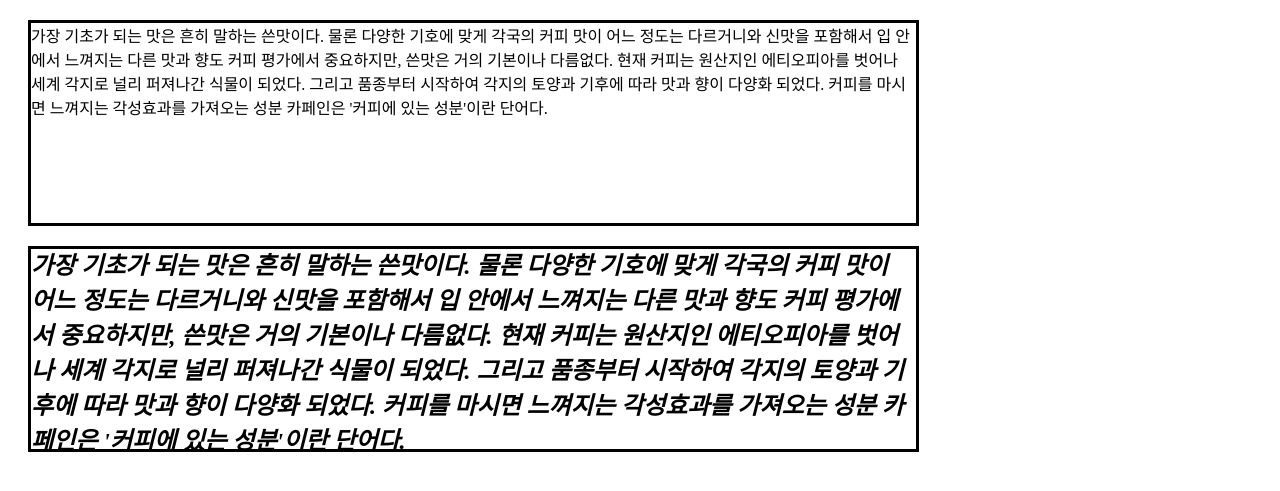
Repository: solsol7/ddit-html
Page: webpro/WebContent/0629/웹폰트.html
An editor plug-in stored every save of this project. The page is shown before and after the next save, followed by the edit.
The browser window is 1280 px wide. The pictures show the whole page.
Some web fonts or font styles are not loaded; a fallback is used.

Above is the page before, as saved 2023-06-29 07:09:58.

### webpro/WebContent/0629/웹폰트.html
<!DOCTYPE html>
<html>
<head>
<meta charset="UTF-8">
<title>Insert title here</title>
<link rel="preconnect" href="https://fonts.googleapis.com">
<link rel="preconnect" href="https://fonts.gstatic.com" crossorigin>
<link href="https://fonts.googleapis.com/css2?family=Nanum+Pen+Script&display=swap" rel="stylesheet">
<style>
div{
  width : 70%;
  height : 200px;
  border : solid;
  margin : 20px;
  overflow : auto;
}
#d1{
  font-family: 'Nanum Pen Script', cursive;
}
#d2{
/*   font :  font-style font-variant font-weight font-size/line-height font-family */
  font : italic bold 1.5rem/35px 'Nanum Pen Script', cursive;
}
</style>

</head>
<body>
<div id="d1">
가장 기초가 되는 맛은 흔히 말하는 쓴맛이다. 물론 다양한 기호에 맞게 각국의 커피 맛이 어느 정도는 다르거니와 신맛을 포함해서 입 안에서 느껴지는 다른 맛과 향도 커피 평가에서 중요하지만, 쓴맛은 거의 기본이나 다름없다.
현재 커피는 원산지인 에티오피아를 벗어나 세계 각지로 널리 퍼져나간 식물이 되었다. 그리고 품종부터 시작하여 각지의 토양과 기후에 따라 맛과 향이 다양화 되었다.
커피를 마시면 느껴지는 각성효과를 가져오는 성분 카페인은 '커피에 있는 성분'이란 단어다.
</div>

<div id="d2">
가장 기초가 되는 맛은 흔히 말하는 쓴맛이다. 물론 다양한 기호에 맞게 각국의 커피 맛이 어느 정도는 다르거니와 신맛을 포함해서 입 안에서 느껴지는 다른 맛과 향도 커피 평가에서 중요하지만, 쓴맛은 거의 기본이나 다름없다.
현재 커피는 원산지인 에티오피아를 벗어나 세계 각지로 널리 퍼져나간 식물이 되었다. 그리고 품종부터 시작하여 각지의 토양과 기후에 따라 맛과 향이 다양화 되었다.
커피를 마시면 느껴지는 각성효과를 가져오는 성분 카페인은 '커피에 있는 성분'이란 단어다.
</div>
</body>
</html>

After the next save:
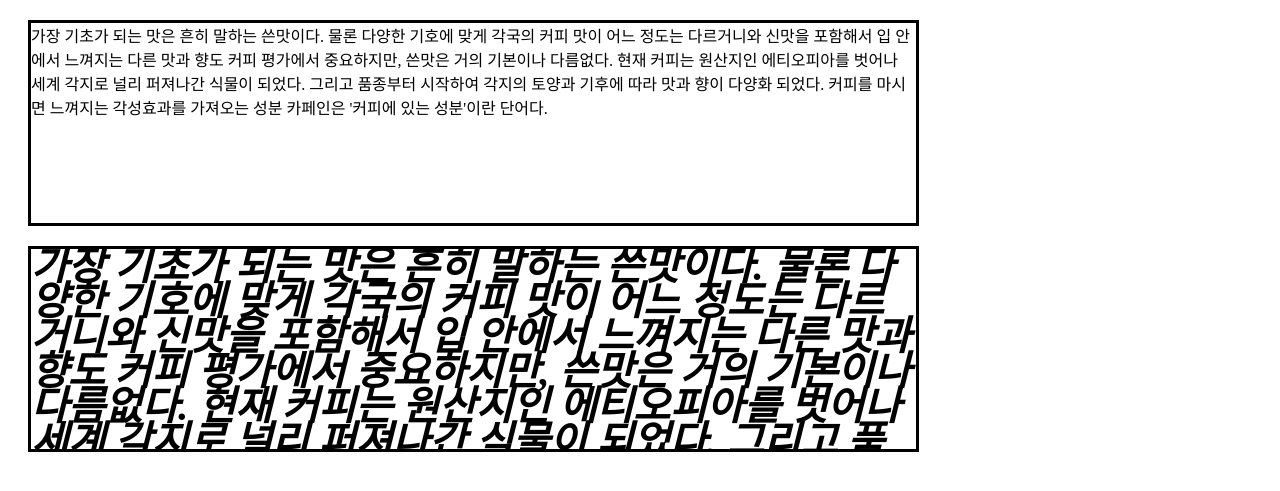
Saved 4 s later.
--- a/webpro/WebContent/0629/웹폰트.html
+++ b/webpro/WebContent/0629/웹폰트.html
@@ -19,7 +19,7 @@ div{
 }
 #d2{
 /*   font :  font-style font-variant font-weight font-size/line-height font-family */
-  font : italic bold 1.5rem/35px 'Nanum Pen Script', cursive;
+  font : italic bold 2.5rem/35px 'Nanum Pen Script', cursive;
 }
 </style>
 
